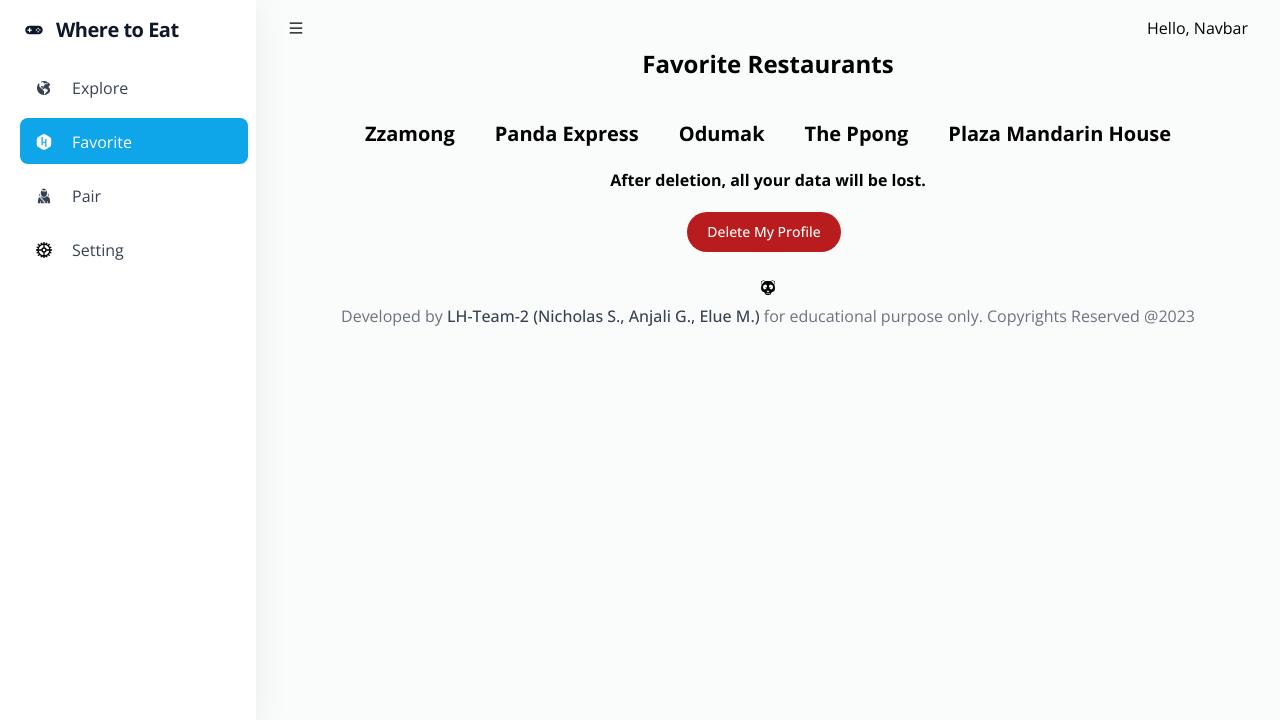
Repository: n-shen/where-to-eat
Page: /favorite (app in client/)
These files come from the project's save history. The page is drawn as it stood at one moment and after the next save; the edit follows.
The browser window is 1280 px wide. The pictures show the whole page.
The page's requests for data from a server got no answer. The project was rebuilt for these pictures with package versions that can differ from the ones it lists, and the page was loaded fresh each time. No one was signed in, and anything a server would have sent is missing. Also part of the build but not shown: client/src/data/cities.js, client/src/components/SearchForm.jsx, client/src/components/SearchResult.jsx, client/src/components/room.jsx, client/src/components/Room/Chat.jsx, client/src/components/Room/Selection.jsx, client/src/components/Room/Intro.jsx, client/src/components/Room/Game.jsx and 5 more.

Above is the page before, as saved 2023-05-05 19:44:08.

### client/src/index.js
import React from "react";
import ReactDOM from "react-dom/client";
import "./index.css";
import App from "./App";
import { ContextProvider } from "./contexts/ContextProvider";

const root = ReactDOM.createRoot(document.getElementById("root"));
root.render(
  <ContextProvider>
    <App />
  </ContextProvider>
);

### client/src/index.css
@import url('https://fonts.googleapis.com/css2?family=Open+Sans:wght@400;500;600;700&display=swap');

body {
  margin: 0;
  padding:0;
  font-family: "Open Sans", sans-serif;
}

@tailwind base;
@tailwind components;
@tailwind utilities;

### client/src/App.js
import React, { useEffect } from "react";
import { BrowserRouter, Routes, Route } from "react-router-dom";

import { Navbar, Sidebar, RoomPage } from "./components";
import {Favorite, Home} from "./pages";

import { useStateContext } from "./contexts/ContextProvider";
import "./App.css";

// import axios from "axios";

function App() {
  const { shared_info, activeMenu } = useStateContext();

  // const baseURL = shared_info.baseURL;

  return (
      <div>
        <BrowserRouter>
          <div className="flex relative dark:bg-main-dark-bg">
            {activeMenu ? (
                <div className="w-64 fixed sidebar dark:bg-secondary-dark-bg bg-white">
                  <Sidebar />
                </div>
            ) : (
                <div className="w-0 dark:bg-secondary-dark-bg">
                  <Sidebar />
                </div>
            )}

            <div
                className={`dark:bg-main-bg bg-main-bg min-h-screen w-full ${
                    activeMenu ? "md:ml-64" : " flex-2"
                }`}
            >
              <div className="fixed md:static bg-main-bg dark:bg-main-dark-bg navbar w-full">
                <Navbar />
              </div>

              <div>
                <Routes>
                  <Route path="/" element={<Home />}></Route>
                  <Route path="/favorite" element={<Favorite />}></Route>
                  <Route path="/room" element={<RoomPage />}></Route>
                </Routes>
              </div>
            </div>
          </div>
        </BrowserRouter>
      </div>
  );
}

export default App;

### client/src/contexts/ContextProvider.jsx
import React, { createContext, useContext, useState } from "react";
import { io } from "socket.io-client";

const StateContext = createContext();

const shared_info = {
  serverURL: "http://localhost:8080",
  apiURL: "http://localhost:8080/api/v1",
};

const socket = io(shared_info.serverURL);

export const ContextProvider = ({ children }) => {
  const [screenSize, setScreenSize] = useState(undefined);
  const [activeMenu, setActiveMenu] = useState(true);
  const [userProfile, setUserProfile] = useState(undefined);
  const [gameBegin, setGameBegin] = useState(false);
  const [gameIntroBegin, setGameIntroBegin] = useState(false);
  const [selectionBegin, setSelectionBegin] = useState(false);
  const [waiting, setWaiting] = useState(false);
  const [partnerReady, setPartnerReady] = useState(false);
  const [partnerAction, setPartnerAction] = useState("");
  const [displayCross, setDisplayCross] = useState(false);
  const [displayFinal, setDisplayFinal] = useState("");

  const [localStore, setLocalStore] = useState(null);

  const [queryResults, setQueryResults] = useState(null);

  return (
    <StateContext.Provider
      value={{
        socket,
        shared_info,
        userProfile,
        setUserProfile,
        activeMenu,
        setActiveMenu,
        screenSize,
        setScreenSize,
        selectionBegin,
        setSelectionBegin,
        waiting,
        setWaiting,
        gameIntroBegin,
        setGameIntroBegin,
        gameBegin,
        setGameBegin,
        partnerReady,
        setPartnerReady,
        partnerAction,
        setPartnerAction,
        displayCross,
        setDisplayCross,
        displayFinal,
        setDisplayFinal,
        queryResults,
        setQueryResults,
        localStore,
        setLocalStore,
      }}
    >
      {children}
    </StateContext.Provider>
  );
};

export const useStateContext = () => useContext(StateContext);

### client/src/components/index.js
export { default as Navbar } from "./Navbar";
export { default as Sidebar } from "./Sidebar";
export { default as Footer } from "./Footer";
export { default as SearchForm } from "./SearchForm";
export { default as SearchResult } from "./SearchResult";
export { default as RoomPage } from "./room";
export { default as Room } from "./Room/Room";

### client/src/pages/index.jsx
export { default as Home } from "./Home";
export { default as Favorite } from "./Favorite";

### client/src/App.css
.sidebar {
  box-shadow: rgb(113 122 131 / 11%) 0px 7px 30px 0px;
}
.nav-item,
.navbar {
  z-index: 10000;
}
@media  screen and (max-width:800px) {
  .sidebar{
    z-index: 10000000;
  }
}

.e-dlg-center-center, .e-quick-popup-wrapper.e-device{
  z-index: 1000000 !important;
}

::-webkit-scrollbar {
  width: 6px;
}
::-webkit-scrollbar-thumb {
  background-color: rgb(216, 216, 216);
  border-radius: 40px;
}
::-webkit-scrollbar-track {
  background-color: transparent;
}

/* color-picker style  */

#preview {
  background: transparent
  url('https://ej2.syncfusion.com/react/demos/src/color-picker/images/pen.png')
  no-repeat;
  display: inline-block;
  height: 80px;
  margin: 10px 0;
  min-width: 300px;
  max-width: 600px;
  background-color: #008000;
}

.e-input-group:not(.e-float-icon-left), .e-input-group.e-success:not(.e-float-icon-left), .e-input-group.e-warning:not(.e-float-icon-left), .e-input-group.e-error:not(.e-float-icon-left), .e-input-group.e-control-wrapper:not(.e-float-icon-left), .e-input-group.e-control-wrapper.e-success:not(.e-float-icon-left), .e-input-group.e-control-wrapper.e-warning:not(.e-float-icon-left), .e-input-group.e-control-wrapper.e-error:not(.e-float-icon-left){
  border: none;
}

### client/src/components/Navbar.jsx
import React, { useEffect } from "react";
import { useStateContext } from "../contexts/ContextProvider";
import { AiOutlineMenu } from "react-icons/ai";

const Navbar = () => {
    const { activeMenu, setActiveMenu, setScreenSize, screenSize, userProfile } =
        useStateContext();

    useEffect(() => {
        const handleResize = () => setScreenSize(window.innerWidth);

        window.addEventListener("resize", handleResize);

        handleResize();

        return () => window.removeEventListener("resize", handleResize);
    }, [setScreenSize]);

    useEffect(() => {
        if (screenSize <= 900) {
            setActiveMenu(false);
        } else {
            setActiveMenu(true);
        }
    }, [screenSize, setScreenSize, setActiveMenu]);

    const handleActiveMenu = () => setActiveMenu(!activeMenu);

    return (
        <div className="mt-2 flex justify-between p-2 md:ml-6 md:mr-6 relative">
            <button onClick={handleActiveMenu}>
                <AiOutlineMenu />
            </button>
            <div>
                <p className={screenSize >= 900 ? "" : "text-xs"}>Hello, Navbar</p>
                {userProfile && (
                    <div className="flex items-center gap-2 p-1 rounded-lg text-right">
                        <p className={screenSize >= 900 ? "" : "text-xs"}>
                            <span className="text-gray-400 text-14">Hi,</span>{" "}
                            <span className="text-gray-400 font-bold ml-1 text-14">
                {userProfile["name"]}
              </span>{" "}
                            <span className="text-gray-400 text-14">from</span>
                            <span className="text-gray-400 font-bold ml-1 text-14">
                {userProfile["city"]}
              </span>{" "}
                        </p>
                    </div>
                )}
            </div>
        </div>
    );
};

export default Navbar;

### client/src/components/Sidebar.jsx
import React from "react";
import { Link, NavLink } from "react-router-dom";
import { GiEarthAmerica, GiFrankensteinCreature } from "react-icons/gi";
import { GrSettingsOption } from "react-icons/gr";
import { IoLogoGameControllerA } from "react-icons/io";
import { FaHackerrank } from "react-icons/fa";
import { MdOutlineCancel } from "react-icons/md";
import { useStateContext } from "../contexts/ContextProvider";

const Sidebar = () => {
    const { activeMenu, setActiveMenu, screenSize } = useStateContext();

    const handleCloseSideBar = () => {
        if (activeMenu !== undefined && screenSize <= 900) {
            setActiveMenu(false);
        }
    };

    const activeLink =
        "flex items-center gap-5 pl-4 pt-3 pb-2.5 rounded-lg text-white text-md m-2 bg-sky-500/100";
    const normalLink =
        "flex items-center gap-5 pl-4 pt-3 pb-2.5 rounded-lg text-md text-gray-700 dark:text-gray-200 dark:hover:text-black hover:bg-light-gray m-2";

    return (
        <div className="ml-3 h-screen md:overflow-hidden overflow-auto md:hover:overflow-auto pb-10">
            {activeMenu && (
                <>
                    <div className="flex justify-between items-center">
                        <Link
                            to="/"
                            onClick={handleCloseSideBar}
                            className="items-center gap-3 ml-3 mt-4 flex text-xl font-extrabold tracking-tight dart:text-white text-slate-900"
                        >
                            <IoLogoGameControllerA />
                            <span>Where to Eat</span>
                        </Link>

                        <div>
                            <button
                                type="button"
                                onClick={() => setActiveMenu(!activeMenu)}
                                className="text-xl rounded-full p-3 hover:bg-light-gray mt-4 block md:hidden"
                            >
                                <MdOutlineCancel />
                            </button>
                        </div>
                    </div>
                    <div className="mt-5">
                        <NavLink
                            to="/"
                            key="Home"
                            onClick={handleCloseSideBar}
                            className={({ isActive }) => (isActive ? activeLink : normalLink)}
                        >
                            <GiEarthAmerica />
                            <span>Explore</span>
                        </NavLink>

                        <NavLink
                            to="/favorite"
                            key="Favorite"
                            onClick={handleCloseSideBar}
                            className={({ isActive }) => (isActive ? activeLink : normalLink)}
                        >
                            <FaHackerrank />
                            <span>Favorite</span>
                        </NavLink>

                        <NavLink
                            to="/room"
                            key="RoomPage"
                            onClick={handleCloseSideBar}
                            className={({ isActive }) => (isActive ? activeLink : normalLink)}
                        >
                            <GiFrankensteinCreature />
                            <span>Pair</span>
                        </NavLink>

                        <NavLink
                            to="/setting"
                            key="Setting"
                            onClick={handleCloseSideBar}
                            className={({ isActive }) => (isActive ? activeLink : normalLink)}
                        >
                            <GrSettingsOption />
                            <span>Setting</span>
                        </NavLink>
                    </div>
                </>
            )}
        </div>
    );
};

export default Sidebar;

### client/src/components/Footer.jsx
import React from "react";
import { GiPanda } from "react-icons/gi";

const Footer = () => {
    return (
        <div className="mt-5 mb-5 ">
            <div className="flex justify-center mb-2">
                <GiPanda />
            </div>

            <p className="text-center text-gray-500 dark:text-gray-400">
                Developed by{" "}
                <span className="font-medium text-gray-700 dark:text-blue-500 hover:no-underline">
          LH-Team-2 (Nicholas S., Anjali G., Elue M.)
        </span>{" "}
                for educational purpose only. Copyrights Reserved @2023
            </p>
        </div>
    );
};

export default Footer;

### client/src/pages/Favorite.jsx
import React, { useState } from "react";
import { useStateContext } from "../contexts/ContextProvider";
import { Footer } from "../components";
import axios from "axios";

export const restaurants = [
  {
    name: "Zzamong",
    image: "https://s3-media2.fl.yelpcdn.com/bphoto/6AUVIwPCv8wCZ9FYeCfocw/o.jpg",
    id: 1,
  },
  {
    name: "Panda Express",
    image: "https://s3-media4.fl.yelpcdn.com/bphoto/44dT6JEXkhMrtUcps1a5jw/o.jpg",
    id: 2,
  },
  {
    name: "Odumak",
    image: "https://s3-media1.fl.yelpcdn.com/bphoto/hKaezVO6_0F50RXmfH7WBQ/o.jpg",
    address: "338 S Western Ave",
    id: 3,
  },
  {
    name: "The Ppong",
    image: "https://s3-media3.fl.yelpcdn.com/bphoto/Li5i5N_Y7VwLTsJvLA2pKw/o.jpg",
    id: 4,
  },
  {
    name: "Plaza Mandarin House",
    image: "https://s3-media1.fl.yelpcdn.com/bphoto/1nVrf8ItPD0dF_97JGQEzw/o.jpg",
    id: 5,
  },
];

const Favorite = () => {
  const { shared_info, screenSize, userProfile } = useStateContext();
  const baseURL = shared_info.baseURL;

  return (
    <div className={screenSize >= 900 ? "mt-0" : "mt-16"}>
      <h1 className="text-center font-bold text-2xl mb-5">
        Favorite Restaurants
      </h1>
      <FavoriteList />
      <h2 className="text-center font-bold">
        After deletion, all your data will be lost.
      </h2>
      <div className="flex justify-center">
        <button
          type="button"
          className="mt-5 text-white bg-red-700 hover:bg-red-800 focus:outline-none focus:ring-4 focus:ring-red-300 font-medium rounded-full text-sm px-5 py-2.5 text-center mr-2 mb-2 dark:bg-red-600 dark:hover:bg-red-700 dark:focus:ring-red-900"
        >
          Delete My Profile
        </button>
      </div>

      <Footer />
    </div>
  );
};

export default Favorite;

export const FavoriteList = () => {
  return (
    <div className="flex flex-col items-center justify-center">
      <ul className="flex flex-wrap justify-center">
        {restaurants.map((restaurant, index) => (
          <li
            key={index}
            className="flex flex-col items-center justify-center m-5"
          >
            {/* <img
              src={restaurant.image}
              alt={restaurant.alt}
              className="bg-black w-64 h-64 object-cover shadow-md rounded"
            /> */}
            <h2
              htmlFor={restaurant.name}
              className="text-xl font-bold text-center"
            >
              {restaurant.name}
            </h2>
          </li>
        ))}
      </ul>
    </div>
  );
};

### client/tailwind.config.js
/** @type {import('tailwindcss').Config} */
module.exports = {
    content: ["./src/**/*.{js,jsx,ts,tsx}"],
    darkMode: "class",
    theme: {
        fontFamily: {
            display: ["Open Sans", "sans-serif"],
            body: ["Open Sans", "sans-serif"],
        },
        extend: {
            fontSize: {
                14: "14px",
            },
            backgroundColor: {
                "main-bg": "#FAFBFB",
                "main-dark-bg": "#20232A",
                "secondary-dark-bg": "#33373E",
                "light-gray": "#F7F7F7",
                "half-transparent": "rgba(0, 0, 0, 0.5)",
            },
            borderWidth: {
                1: "1px",
            },
            borderColor: {
                color: "rgba(0, 0, 0, 0.1)",
            },
            width: {
                400: "400px",
                760: "760px",
                780: "780px",
                800: "800px",
                1000: "1000px",
                1200: "1200px",
                1400: "1400px",
            },
            height: {
                80: "80px",
            },
            minHeight: {
                590: "590px",
            },
        },
    },
    plugins: [],
};

Loaded but not shown: client/public/index.html (common file)

After the next save:
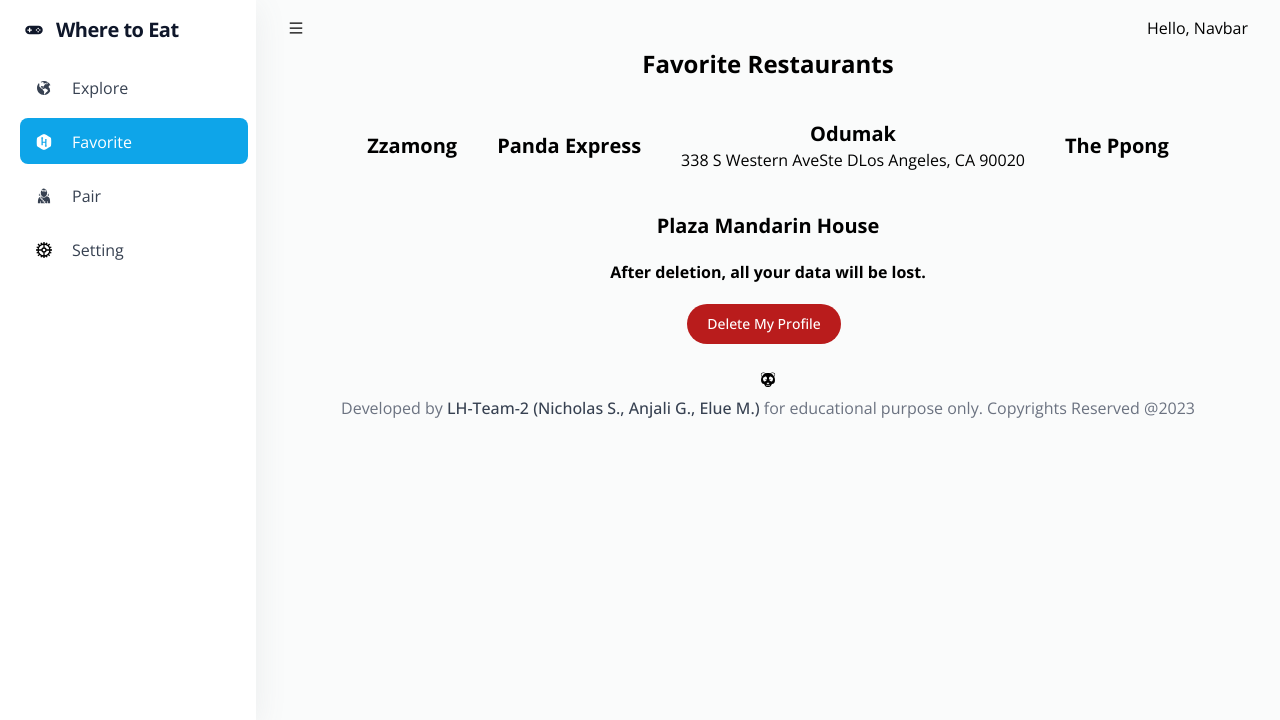
Saved 97 s later.
--- a/client/src/pages/Favorite.jsx
+++ b/client/src/pages/Favorite.jsx
@@ -15,10 +15,14 @@
     id: 2,
   },
   {
+    id: 3,
     name: "Odumak",
     image: "https://s3-media1.fl.yelpcdn.com/bphoto/hKaezVO6_0F50RXmfH7WBQ/o.jpg",
-    address: "338 S Western Ave",
-    id: 3,
+    address: [
+      "338 S Western Ave",
+      "Ste D",
+      "Los Angeles, CA 90020"
+  ],
   },
   {
     name: "The Ppong",
@@ -81,6 +85,7 @@
             >
               {restaurant.name}
             </h2>
+            <p>{restaurant.address}</p>
           </li>
         ))}
       </ul>
